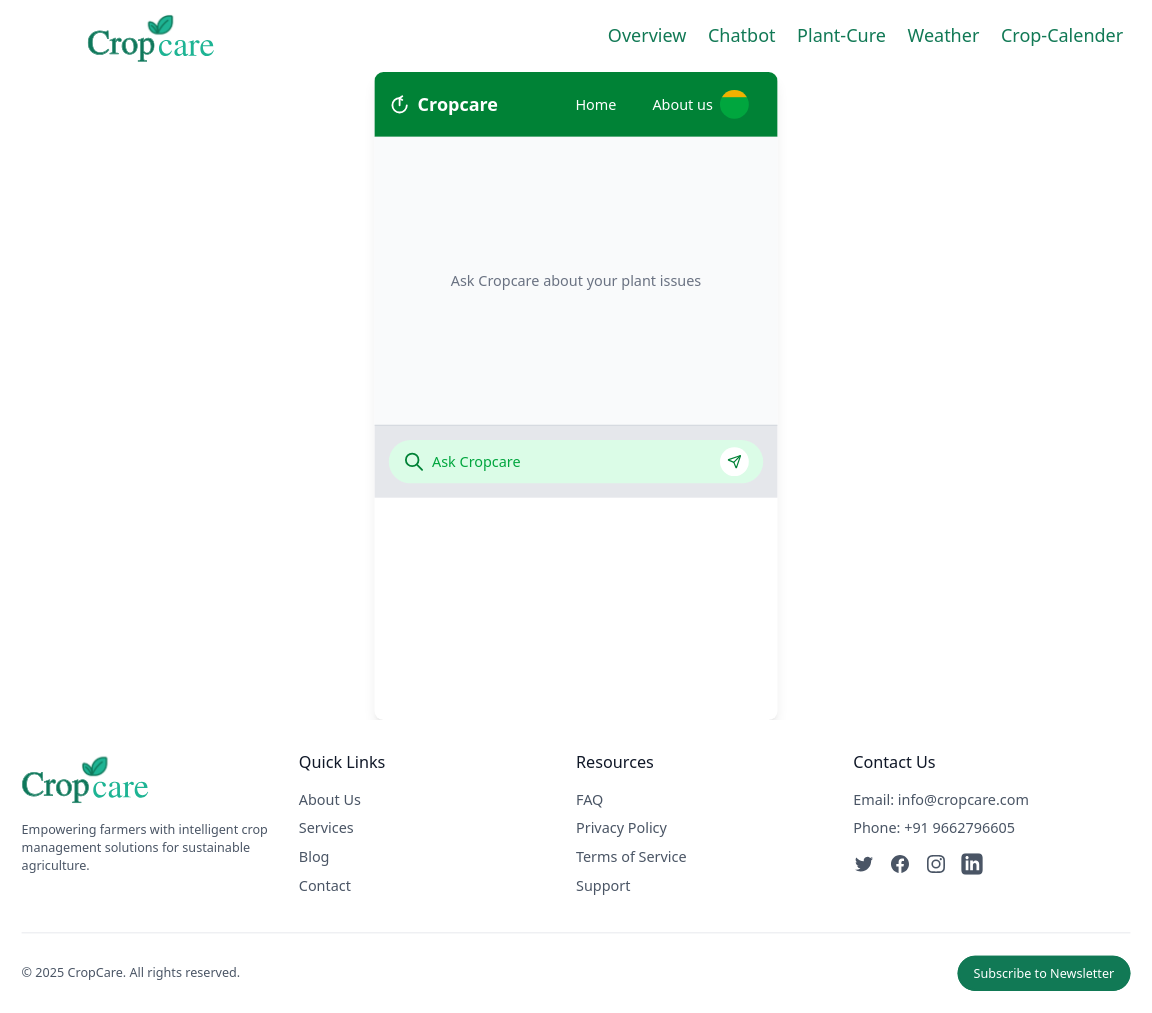
Repository: VishwaaBhavsar/Cropcare
Page: /services/chat
The author's editor kept a copy of each file at every save. The page is drawn from the files as they stood at one save, then again after a run of saves.
The browser window is 1280 px wide. The pictures show the whole page, at 90% of full size.
The project was rebuilt for these pictures with package versions that can differ from the ones it lists, and the page was loaded fresh each time. The framework's server and built-in components were replaced by stand-ins that run in the browser. Also part of the build but not shown: next.config.mjs, src/components/HeroNav.jsx.

Above is the page before, as saved 2025-04-20 10:26:01.

### src/app/layout.js


import { Geist, Geist_Mono } from "next/font/google";
import "./globals.css";
import HeroNav from "@/components/HeroNav";
import HeroFooter from "@/components/HeroFooter";

const geistSans = Geist({
  variable: "--font-geist-sans",
  subsets: ["latin"],
});

const geistMono = Geist_Mono({
  variable: "--font-geist-mono",
  subsets: ["latin"],
});

export const metadata = {
  title: "Create Next App",
  description: "Generated by create next app",
};

export default function RootLayout({ children }) {
  return (
    <html lang="en">
      <body
        className={`${geistSans.variable} ${geistMono.variable} antialiased`}
      >
        <HeroNav/>
        {children}
        <HeroFooter/>
      </body>
    </html>
  );
}

### src/app/services/layout.js

import HeroFooter from "@/components/HeroFooter";
import Navbar from "@/components/Navbar";



export default function ServiceLayout({ children }) {
  return (

      <>
        <Navbar/>
        {children}

      </>

  );
}

### src/app/services/chat/page.js
import Chat from "@/pages/Chat";

const page = () => {
    return (
        <div>
            <Chat/>
        </div>
    );
}

export default page;

### src/app/globals.css
@import "tailwindcss";


@custom-variant dark (&:is(.dark *));

@theme inline {
  --color-background: var(--background);
  --color-foreground: var(--foreground);
  --font-sans: var(--font-geist-sans);
  --font-mono: var(--font-geist-mono);
  --color-sidebar-ring: var(--sidebar-ring);
  --color-sidebar-border: var(--sidebar-border);
  --color-sidebar-accent-foreground: var(--sidebar-accent-foreground);
  --color-sidebar-accent: var(--sidebar-accent);
  --color-sidebar-primary-foreground: var(--sidebar-primary-foreground);
  --color-sidebar-primary: var(--sidebar-primary);
  --color-sidebar-foreground: var(--sidebar-foreground);
  --color-sidebar: var(--sidebar);
  --color-chart-5: var(--chart-5);
  --color-chart-4: var(--chart-4);
  --color-chart-3: var(--chart-3);
  --color-chart-2: var(--chart-2);
  --color-chart-1: var(--chart-1);
  --color-ring: var(--ring);
  --color-input: var(--input);
  --color-border: var(--border);
  --color-destructive: var(--destructive);
  --color-accent-foreground: var(--accent-foreground);
  --color-accent: var(--accent);
  --color-muted-foreground: var(--muted-foreground);
  --color-muted: var(--muted);
  --color-secondary-foreground: var(--secondary-foreground);
  --color-secondary: var(--secondary);
  --color-primary-foreground: var(--primary-foreground);
  --color-primary: var(--primary);
  --color-popover-foreground: var(--popover-foreground);
  --color-popover: var(--popover);
  --color-card-foreground: var(--card-foreground);
  --color-card: var(--card);
  --radius-sm: calc(var(--radius) - 4px);
  --radius-md: calc(var(--radius) - 2px);
  --radius-lg: var(--radius);
  --radius-xl: calc(var(--radius) + 4px);
  --animate-accordion-down: accordion-down 0.2s ease-out;
  --animate-accordion-up: accordion-up 0.2s ease-out;

  @keyframes accordion-down {
    from {
      height: 0;
    }
    to {
      height: var(--radix-accordion-content-height);
    }
  }

  @keyframes accordion-up {
    from {
      height: var(--radix-accordion-content-height);
    }
    to {
      height: 0;
    }
  }
}

:root {
  --radius: 0.625rem;
  --background: oklch(1 0 0);
  --foreground: oklch(0.141 0.005 285.823);
  --card: oklch(1 0 0);
  --card-foreground: oklch(0.141 0.005 285.823);
  --popover: oklch(1 0 0);
  --popover-foreground: oklch(0.141 0.005 285.823);
  --primary: oklch(0.21 0.006 285.885);
  --primary-foreground: oklch(0.985 0 0);
  --secondary: oklch(0.967 0.001 286.375);
  --secondary-foreground: oklch(0.21 0.006 285.885);
  --muted: oklch(0.967 0.001 286.375);
  --muted-foreground: oklch(0.552 0.016 285.938);
  --accent: oklch(0.967 0.001 286.375);
  --accent-foreground: oklch(0.21 0.006 285.885);
  --destructive: oklch(0.577 0.245 27.325);
  --border: oklch(0.92 0.004 286.32);
  --input: oklch(0.92 0.004 286.32);
  --ring: oklch(0.705 0.015 286.067);
  --chart-1: oklch(0.646 0.222 41.116);
  --chart-2: oklch(0.6 0.118 184.704);
  --chart-3: oklch(0.398 0.07 227.392);
  --chart-4: oklch(0.828 0.189 84.429);
  --chart-5: oklch(0.769 0.188 70.08);
  --sidebar: oklch(0.985 0 0);
  --sidebar-foreground: oklch(0.141 0.005 285.823);
  --sidebar-primary: oklch(0.21 0.006 285.885);
  --sidebar-primary-foreground: oklch(0.985 0 0);
  --sidebar-accent: oklch(0.967 0.001 286.375);
  --sidebar-accent-foreground: oklch(0.21 0.006 285.885);
  --sidebar-border: oklch(0.92 0.004 286.32);
  --sidebar-ring: oklch(0.705 0.015 286.067);
}

.dark {
  --background: oklch(0.141 0.005 285.823);
  --foreground: oklch(0.985 0 0);
  --card: oklch(0.21 0.006 285.885);
  --card-foreground: oklch(0.985 0 0);
  --popover: oklch(0.21 0.006 285.885);
  --popover-foreground: oklch(0.985 0 0);
  --primary: oklch(0.92 0.004 286.32);
  --primary-foreground: oklch(0.21 0.006 285.885);
  --secondary: oklch(0.274 0.006 286.033);
  --secondary-foreground: oklch(0.985 0 0);
  --muted: oklch(0.274 0.006 286.033);
  --muted-foreground: oklch(0.705 0.015 286.067);
  --accent: oklch(0.274 0.006 286.033);
  --accent-foreground: oklch(0.985 0 0);
  --destructive: oklch(0.704 0.191 22.216);
  --border: oklch(1 0 0 / 10%);
  --input: oklch(1 0 0 / 15%);
  --ring: oklch(0.552 0.016 285.938);
  --chart-1: oklch(0.488 0.243 264.376);
  --chart-2: oklch(0.696 0.17 162.48);
  --chart-3: oklch(0.769 0.188 70.08);
  --chart-4: oklch(0.627 0.265 303.9);
  --chart-5: oklch(0.645 0.246 16.439);
  --sidebar: oklch(0.21 0.006 285.885);
  --sidebar-foreground: oklch(0.985 0 0);
  --sidebar-primary: oklch(0.488 0.243 264.376);
  --sidebar-primary-foreground: oklch(0.985 0 0);
  --sidebar-accent: oklch(0.274 0.006 286.033);
  --sidebar-accent-foreground: oklch(0.985 0 0);
  --sidebar-border: oklch(1 0 0 / 10%);
  --sidebar-ring: oklch(0.552 0.016 285.938);
}

@layer base {
  * {
    @apply border-border outline-ring/50;
  }
  body {
    @apply bg-background text-foreground;
  }
}

### src/components/HeroFooter.jsx
import Link from "next/link";

const Footer = () => {
  const currentYear = new Date().getFullYear();

  return (
    <footer className="bg-white dark:bg-gray-800 mt-auto">
      <div className="container mx-auto px-6 py-8">
        <div className="flex flex-col md:flex-row justify-between">
          {/* Logo and company description */}
          <div className="mb-6 md:mb-0 md:w-1/4">
            <Link href="/">
              <img src="/logo.svg" className="h-16 bg-transparent mb-4" alt="CropCare Logo" />
            </Link>
            <p className="text-gray-600 dark:text-gray-300 text-sm">
              Empowering farmers with intelligent crop management solutions for sustainable agriculture.
            </p>
          </div>

          {/* Quick Links */}
          <div className="md:w-1/4 mb-6 md:mb-0">
            <h3 className="text-lg font-medium text-gray-900 dark:text-white mb-4">Quick Links</h3>
            <ul>
              <li className="mb-2">
                <Link href="/about" className="text-gray-600 dark:text-gray-300 hover:text-[#117955] hover:underline">About Us</Link>
              </li>
              <li className="mb-2">
                <Link href="/services" className="text-gray-600 dark:text-gray-300 hover:text-[#117955] hover:underline">Services</Link>
              </li>
              <li className="mb-2">
                <Link href="/blog" className="text-gray-600 dark:text-gray-300 hover:text-[#117955] hover:underline">Blog</Link>
              </li>
              <li className="mb-2">
                <Link href="/contact" className="text-gray-600 dark:text-gray-300 hover:text-[#117955] hover:underline">Contact</Link>
              </li>
            </ul>
          </div>

          {/* Resources */}
          <div className="md:w-1/4 mb-6 md:mb-0">
            <h3 className="text-lg font-medium text-gray-900 dark:text-white mb-4">Resources</h3>
            <ul>
              <li className="mb-2">
                <Link href="/faq" className="text-gray-600 dark:text-gray-300 hover:text-[#117955] hover:underline">FAQ</Link>
              </li>
              <li className="mb-2">
                <Link href="/privacy" className="text-gray-600 dark:text-gray-300 hover:text-[#117955] hover:underline">Privacy Policy</Link>
              </li>
              <li className="mb-2">
                <Link href="/terms" className="text-gray-600 dark:text-gray-300 hover:text-[#117955] hover:underline">Terms of Service</Link>
              </li>
              <li className="mb-2">
                <Link href="/support" className="text-gray-600 dark:text-gray-300 hover:text-[#117955] hover:underline">Support</Link>
              </li>
            </ul>
          </div>

          {/* Contact Info */}
          <div className="md:w-1/4">
            <h3 className="text-lg font-medium text-gray-900 dark:text-white mb-4">Contact Us</h3>
            <p className="text-gray-600 dark:text-gray-300 mb-2">Email: info@cropcare.com</p>
            <p className="text-gray-600 dark:text-gray-300 mb-2">Phone: +91 9662796605</p>
            <div className="flex mt-4">
              <a href="#" className="mr-4 text-gray-600 hover:text-[#117955]">
                <span className="sr-only">Twitter</span>
                <svg className="h-6 w-6" fill="currentColor" viewBox="0 0 24 24">
                  <path d="M8.29 20.251c7.547 0 11.675-6.253 11.675-11.675 0-.178 0-.355-.012-.53A8.348 8.348 0 0022 5.92a8.19 8.19 0 01-2.357.646 4.118 4.118 0 001.804-2.27 8.224 8.224 0 01-2.605.996 4.107 4.107 0 00-6.993 3.743 11.65 11.65 0 01-8.457-4.287 4.106 4.106 0 001.27 5.477A4.072 4.072 0 012.8 9.713v.052a4.105 4.105 0 003.292 4.022 4.095 4.095 0 01-1.853.07 4.108 4.108 0 003.834 2.85A8.233 8.233 0 012 18.407a11.616 11.616 0 006.29 1.84"></path>
                </svg>
              </a>
              <a href="#" className="mr-4 text-gray-600 hover:text-[#117955]">
                <span className="sr-only">Facebook</span>
                <svg className="h-6 w-6" fill="currentColor" viewBox="0 0 24 24">
                  <path fillRule="evenodd" d="M22 12c0-5.523-4.477-10-10-10S2 6.477 2 12c0 4.991 3.657 9.128 8.438 9.878v-6.987h-2.54V12h2.54V9.797c0-2.506 1.492-3.89 3.777-3.89 1.094 0 2.238.195 2.238.195v2.46h-1.26c-1.243 0-1.63.771-1.63 1.562V12h2.773l-.443 2.89h-2.33v6.988C18.343 21.128 22 16.991 22 12z" clipRule="evenodd"></path>
                </svg>
              </a>
              <a href="#" className="mr-4 text-gray-600 hover:text-[#117955]">
                <span className="sr-only">Instagram</span>
                <svg className="h-6 w-6" fill="currentColor" viewBox="0 0 24 24">
                  <path fillRule="evenodd" d="M12.315 2c2.43 0 2.784.013 3.808.06 1.064.049 1.791.218 2.427.465a4.902 4.902 0 011.772 1.153 4.902 4.902 0 011.153 1.772c.247.636.416 1.363.465 2.427.048 1.067.06 1.407.06 4.123v.08c0 2.643-.012 2.987-.06 4.043-.049 1.064-.218 1.791-.465 2.427a4.902 4.902 0 01-1.153 1.772 4.902 4.902 0 01-1.772 1.153c-.636.247-1.363.416-2.427.465-1.067.048-1.407.06-4.123.06h-.08c-2.643 0-2.987-.012-4.043-.06-1.064-.049-1.791-.218-2.427-.465a4.902 4.902 0 01-1.772-1.153 4.902 4.902 0 01-1.153-1.772c-.247-.636-.416-1.363-.465-2.427-.047-1.024-.06-1.379-.06-3.808v-.63c0-2.43.013-2.784.06-3.808.049-1.064.218-1.791.465-2.427a4.902 4.902 0 011.153-1.772A4.902 4.902 0 015.45 2.525c.636-.247 1.363-.416 2.427-.465C8.901 2.013 9.256 2 11.685 2h.63zm-.081 1.802h-.468c-2.456 0-2.784.011-3.807.058-.975.045-1.504.207-1.857.344-.467.182-.8.398-1.15.748-.35.35-.566.683-.748 1.15-.137.353-.3.882-.344 1.857-.047 1.023-.058 1.351-.058 3.807v.468c0 2.456.011 2.784.058 3.807.045.975.207 1.504.344 1.857.182.466.399.8.748 1.15.35.35.683.566 1.15.748.353.137.882.3 1.857.344 1.054.048 1.37.058 4.041.058h.08c2.597 0 2.917-.01 3.96-.058.976-.045 1.505-.207 1.858-.344.466-.182.8-.398 1.15-.748.35-.35.566-.683.748-1.15.137-.353.3-.882.344-1.857.048-1.055.058-1.37.058-4.041v-.08c0-2.597-.01-2.917-.058-3.96-.045-.976-.207-1.505-.344-1.858a3.097 3.097 0 00-.748-1.15 3.098 3.098 0 00-1.15-.748c-.353-.137-.882-.3-1.857-.344-1.023-.047-1.351-.058-3.807-.058zM12 6.865a5.135 5.135 0 110 10.27 5.135 5.135 0 010-10.27zm0 1.802a3.333 3.333 0 100 6.666 3.333 3.333 0 000-6.666zm5.338-3.205a1.2 1.2 0 110 2.4 1.2 1.2 0 010-2.4z" clipRule="evenodd"></path>
                </svg>
              </a>
              <a href="#" className="text-gray-600 hover:text-[#117955]">
                <span className="sr-only">LinkedIn</span>
                <svg className="h-6 w-6" fill="currentColor" viewBox="0 0 24 24">
                  <path d="M19 0h-14c-2.761 0-5 2.239-5 5v14c0 2.761 2.239 5 5 5h14c2.762 0 5-2.239 5-5v-14c0-2.761-2.238-5-5-5zm-11 19h-3v-11h3v11zm-1.5-12.268c-.966 0-1.75-.79-1.75-1.764s.784-1.764 1.75-1.764 1.75.79 1.75 1.764-.783 1.764-1.75 1.764zm13.5 12.268h-3v-5.604c0-3.368-4-3.113-4 0v5.604h-3v-11h3v1.765c1.396-2.586 7-2.777 7 2.476v6.759z"></path>
                </svg>
              </a>
            </div>
          </div>
        </div>

        {/* Bottom copyright */}
        <div className="border-t border-gray-200 dark:border-gray-700 mt-8 pt-8 flex flex-col md:flex-row justify-between items-center">
          <p className="text-sm text-gray-600 dark:text-gray-300">
            © {currentYear} CropCare. All rights reserved.
          </p>
          <div className="mt-4 md:mt-0">
            <Link href="/subscribe" className="font-medium px-4 py-2 text-sm text-white bg-[#117955] rounded-3xl border-[#117955] border-[2px] hover:bg-white hover:text-[#117955]">
              Subscribe to Newsletter
            </Link>
          </div>
        </div>
      </div>
    </footer>
  );
}

export default Footer;

### src/components/Navbar.jsx
// import Link from "next/link";

// const Navbar = () => {

//     return (
//                 <div className=" z-10 flex flex-row bg-white dark:bg-gray-800 sticky top-0 left-0 right-0 h-20 items-center justify-between p-5">
//                     <Link href='/'><img src={'/logo.svg'} className="h-16 bg-transparent ml-[6vw]"/></Link>
//                     <div>
//                         <Link href='/services' className="text-[#117955] hover:text-[#20B297] text-xl font-medium mx-3">Overview</Link>
//                         <Link href='/services/chat' className="text-[#117955] hover:text-[#20B297] text-xl font-medium mx-3">Chatbot</Link>
//                         <Link href='/services/cure' className="text-[#117955] hover:text-[#20B297] text-xl font-medium mx-3">Plant-Cure</Link>
//                         <Link href='/services/weather' className="text-[#117955] hover:text-[#20B297] text-xl font-medium mx-3">Weather</Link>
//                      </div>
//                 </div>
//             );
//         }
// export default Navbar;

'use client'
import Link from "next/link";
import { usePathname } from "next/navigation";
const Navbar = () => {
    const location = usePathname();
    const isHome = location!='/services';
    return (
        <div className=" z-10 flex flex-row bg-white dark:bg-gray-800 sticky top-0 left-0 right-0 h-20 items-center justify-between p-5">
            <Link href='/'><img src={'/logo.svg'} className="h-16 bg-transparent ml-[6vw]" /></Link>
            <div>

                <Link href='/services' className="text-[#117955] hover:text-[#20B297] text-xl font-medium mx-3">Overview</Link>
            {isHome &&
            <>
                <Link href='/services/chat' className="text-[#117955] hover:text-[#20B297] text-xl font-medium mx-3">Chatbot</Link>
                <Link href='/services/cure' className="text-[#117955] hover:text-[#20B297] text-xl font-medium mx-3">Plant-Cure</Link>
                <Link href='/services/weather' className="text-[#117955] hover:text-[#20B297] text-xl font-medium mx-3">Weather</Link>
                <Link href='/services/calendar' className="text-[#117955] hover:text-[#20B297] text-xl font-medium mx-3">Crop-Calender</Link>
            </>
            }
            </div>
        </div>
    );
}
export default Navbar;

### src/pages/Chat.jsx
"use client";

import { useState, useRef, useEffect } from 'react';
import { Send } from 'lucide-react';

const Chat = () => {
    const [message, setMessage] = useState('');
    const [chatHistory, setChatHistory] = useState([]);
    const [isLoading, setIsLoading] = useState(false);
    const chatContainerRef = useRef(null);

    // Scroll to bottom of chat whenever history changes
    useEffect(() => {
        if (chatContainerRef.current) {
            chatContainerRef.current.scrollTop = chatContainerRef.current.scrollHeight;
        }
    }, [chatHistory]);

    const handleSendMessage = () => {
        if (!message.trim()) return;

        // Add user message to chat history
        setChatHistory(prev => [...prev, { type: 'user', content: message }]);

        // Clear input field
        setMessage('');

        // Simulate response (replace with your actual API call)
        setIsLoading(true);
        setTimeout(() => {
            // This is where you would integrate your actual chatbot API
            setChatHistory(prev => [...prev, {
                type: 'bot',
                content: "This is a sample response. Connect your actual chatbot API here."
            }]);
            setIsLoading(false);
        }, 1000);
    };

    return (
        <div className="w-full max-w-md mx-auto rounded-lg overflow-hidden shadow-lg min-h-screen bg-white">
            {/* Chat Header */}
            <div className="bg-green-700 text-white p-4 flex items-center">
                <div className="text-xl font-bold flex items-center">
                    <svg viewBox="0 0 24 24" className="h-6 w-6 mr-2" fill="none" xmlns="http://www.w3.org/2000/svg">
                        <path d="M12 5C7.58172 5 4 8.58172 4 13C4 17.4183 7.58172 21 12 21C16.4183 21 20 17.4183 20 13" stroke="currentColor" strokeWidth="2" strokeLinecap="round"/>
                        <path d="M15 3L12 5L15 7" stroke="currentColor" strokeWidth="2" strokeLinecap="round" strokeLinejoin="round"/>
                        <path d="M12 5V13" stroke="currentColor" strokeWidth="2" strokeLinecap="round"/>
                    </svg>
                    Cropcare
                </div>
                <div className="ml-auto flex space-x-2">
                    <button className="text-white px-4 py-1 rounded">Home</button>
                    <button className="text-white px-4 py-1 rounded flex items-center">
                        About us
                        <div className="h-8 w-8 rounded-full bg-green-600 ml-2 overflow-hidden">
                            <div className="bg-yellow-500 h-2 w-8"></div>
                        </div>
                    </button>
                </div>
            </div>

            {/* Chat Messages */}
            <div
                ref={chatContainerRef}
                className="h-80 p-4 overflow-y-auto bg-gray-50"
            >
                {chatHistory.length === 0 ? (
                    <div className="flex justify-center items-center h-full">
                        <p className="text-gray-500">Ask Cropcare about your plant issues</p>
                    </div>
                ) : (
                    chatHistory.map((chat, index) => (
                        <div key={index} className={`mb-4 ${chat.type === 'user' ? 'text-right' : ''}`}>
                            <div
                                className={`inline-block p-3 rounded-lg max-w-xs md:max-w-md ${
                                    chat.type === 'user'
                                        ? 'bg-green-100 text-green-800'
                                        : 'bg-green-700 text-white'
                                }`}
                            >
                                {chat.content}
                            </div>
                        </div>
                    ))
                )}
                {isLoading && (
                    <div className="flex justify-start mb-4">
                        <div className="bg-green-700 text-white p-3 rounded-lg">
                            <div className="flex space-x-2">
                                <div className="w-2 h-2 rounded-full bg-white animate-bounce"></div>
                                <div className="w-2 h-2 rounded-full bg-white animate-bounce" style={{animationDelay: '0.2s'}}></div>
                                <div className="w-2 h-2 rounded-full bg-white animate-bounce" style={{animationDelay: '0.4s'}}></div>
                            </div>
                        </div>
                    </div>
                )}
            </div>

            {/* Chat Input */}
            <div className="p-4 bg-gray-200 border-t border-gray-300">
                <div className="flex items-center bg-green-100 rounded-full px-4 py-2">
                    <svg className="w-6 h-6 text-green-700 mr-2" fill="none" stroke="currentColor" viewBox="0 0 24 24" xmlns="http://www.w3.org/2000/svg">
                        <path strokeLinecap="round" strokeLinejoin="round" strokeWidth="2" d="M21 21l-6-6m2-5a7 7 0 11-14 0 7 7 0 0114 0z"></path>
                    </svg>
                    <input
                        type="text"
                        value={message}
                        onChange={(e) => setMessage(e.target.value)}
                        onKeyPress={(e) => e.key === 'Enter' && handleSendMessage()}
                        placeholder="Ask Cropcare"
                        className="flex-1 bg-transparent outline-none text-green-800 placeholder-green-600"
                    />
                    <button
                        onClick={handleSendMessage}
                        className="ml-2 bg-white rounded-full p-2 text-green-700 hover:bg-green-50"
                    >
                        <Send size={16} />
                    </button>
                </div>
            </div>
        </div>
    );
};

export default Chat;

After the next 2 saves:
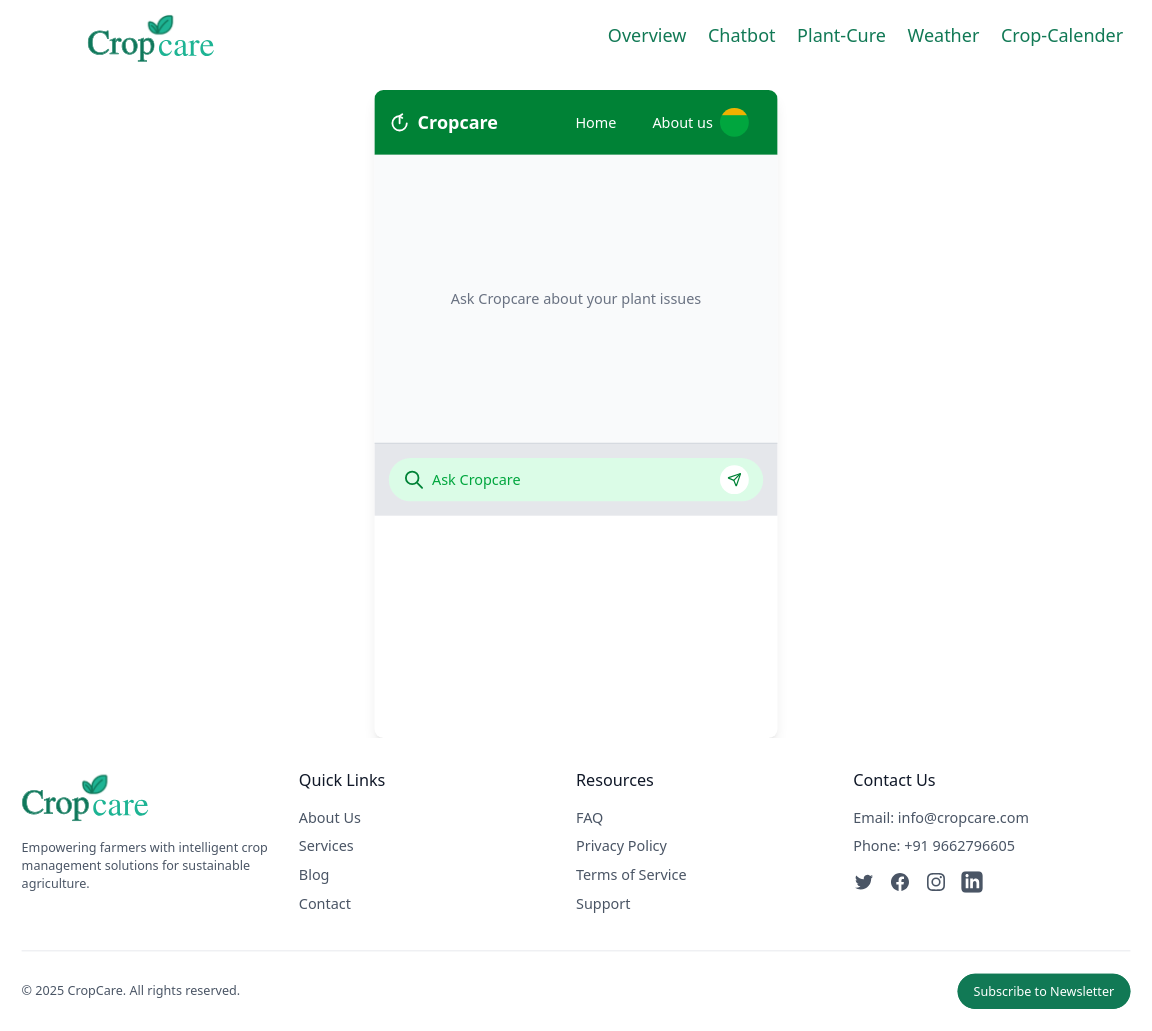
The 2 saves are shown as one change because they came seconds apart.
The last was saved 23 s later.
--- a/src/pages/Chat.jsx
+++ b/src/pages/Chat.jsx
@@ -38,7 +38,7 @@ const Chat = () => {
     };
 
     return (
-        <div className="w-full max-w-md mx-auto rounded-lg overflow-hidden shadow-lg min-h-screen bg-white">
+        <div className="w-full max-w-md mx-auto rounded-lg overflow-hidden shadow-lg min-h-screen mt-5 bg-white">
             {/* Chat Header */}
             <div className="bg-green-700 text-white p-4 flex items-center">
                 <div className="text-xl font-bold flex items-center">
